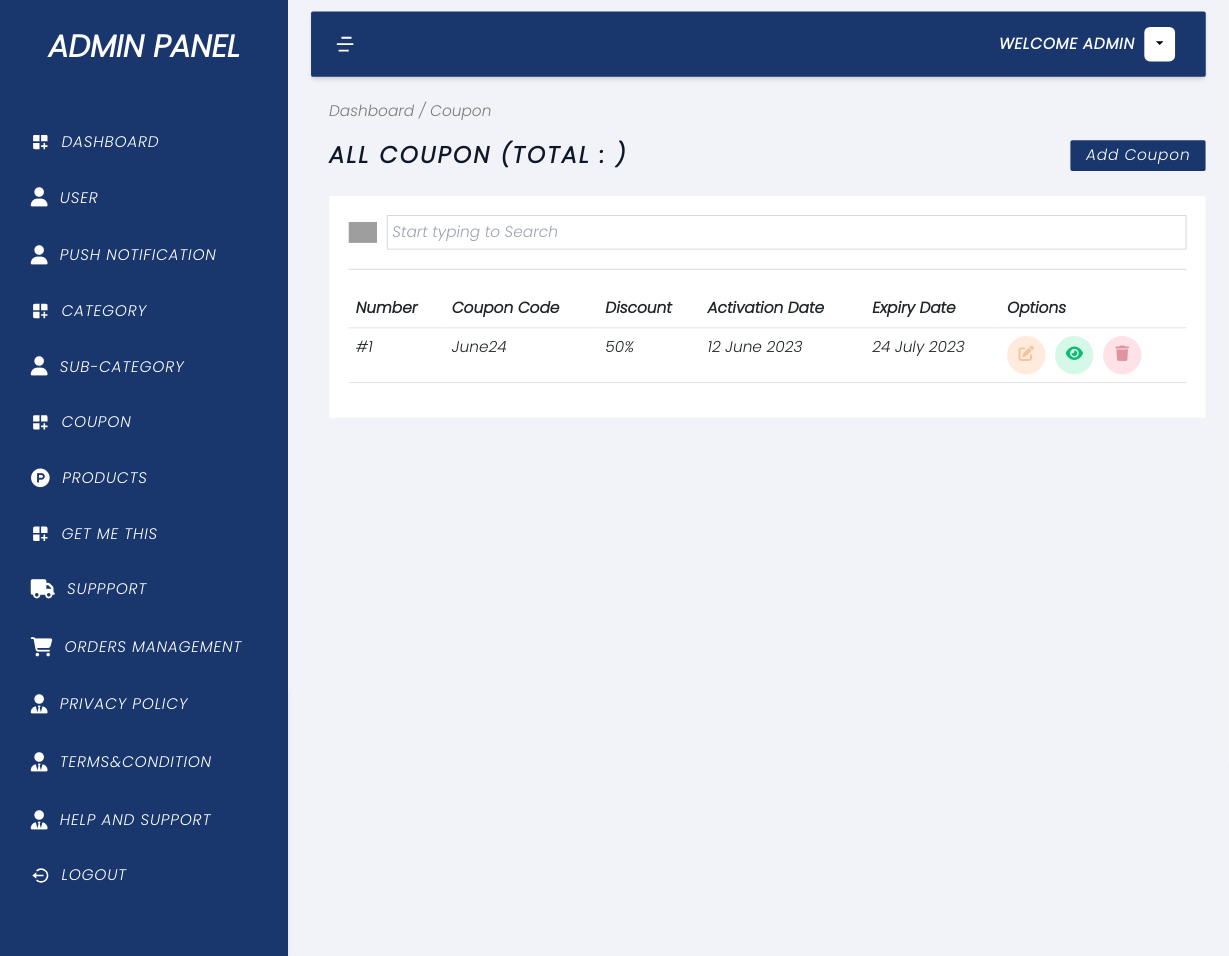
Repository: arpanmalik/project-khanna
Page: /coupon
The author's editor kept a copy of each file at every save. The page is drawn from the files as they stood at one save, then again after a run of saves.
The browser window is 1280 px wide. The pictures show the whole page, at 96% of full size.
Pictures or frames that could not be fetched are drawn as grey boxes. Some web libraries are served in a nearby version. The project was rebuilt for these pictures with package versions that can differ from the ones it lists, and the page was loaded fresh each time. Also part of the build but not shown: src/E-CommerceAdmin/forms/Login.jsx, src/E-CommerceAdmin/pages/Dashboard.jsx, src/E-CommerceAdmin/pages/ECategory.js, src/E-CommerceAdmin/pages/EProduct.js, src/E-CommerceAdmin/pages/EVendorList.js, src/E-CommerceAdmin/pages/EAdminOrders.js, src/E-CommerceAdmin/pages/EAdminProduct.js, src/E-CommerceAdmin/pages/EAdminDelivery.js and 11 more. Imported but missing from the stored project, and not drawn on this page: src/E-CommerceAdmin/pages/Component/SpinnerComp, src/E-CommerceVendor/forms/EVendorLogin, src/E-CommerceVendor/pages/EVCategory, src/E-CommerceVendor/pages/EVCoupon, src/E-CommerceVendor/pages/EVDashboard, src/E-CommerceVendor/pages/EVOrders, src/E-CommerceVendor/pages/EVProduct, src/E-CommerceVendor/pages/EVSubCategory.

Above is the page before, as saved 2023-05-16 15:59:38.

### public/index.html
<!-- @format -->

<!DOCTYPE html>
<html lang="en">
  <head>
    <meta charset="utf-8" />
    <meta name="viewport" content="width=device-width, initial-scale=1" />
    <meta name="theme-color" content="#000000" />
    <meta
      name="description"
      content="Web site created using create-react-app"
    />
    <link rel="manifest" href="%PUBLIC_URL%/manifest.json" />
    <link rel="preconnect" href="https://fonts.googleapis.com">
<link rel="preconnect" href="https://fonts.gstatic.com" crossorigin>
<link href="https://fonts.googleapis.com/css2?family=Roboto+Mono:ital,wght@1,300&display=swap" rel="stylesheet">
    <title>Admin Panel</title>
  </head>
  <body>
    <noscript>You need to enable JavaScript to run this app.</noscript>
    <div id="root"></div>
    <script src="https://code.jquery.com/jquery-3.6.0.min.js"></script>
    <script src="https://kit.fontawesome.com/b533b351e4.js" crossorigin="anonymous"></script>
  </body>
</html>

### src/E-CommerceAdmin/pages/Coupon.js
/** @format */
import React  from "react";
import { Button, Form, Modal, Table } from "react-bootstrap";
import HOC from "../layout/HOC";

const Coupon = () => {
  const [modalShow, setModalShow] = React.useState(false);





  function MyVerticallyCenteredModal(props) {

    return (
      <Modal
        {...props}
        size="lg"
        aria-labelledby="contained-modal-title-vcenter"
        centered
      >
        <Modal.Header closeButton>
          <Modal.Title id="contained-modal-title-vcenter">
            {" "}
            Add Coupon Code
          </Modal.Title>
        </Modal.Header>
        <Modal.Body>
          <Form >
            <Form.Group className="mb-3">
              <Form.Label>Coupon Length</Form.Label>
              <Form.Control
                type="number"
                min={0}
                required
              />
            </Form.Group>

            <Form.Group className="mb-3">
              <Form.Label>Discount Start</Form.Label>
              <Form.Control
                type="number"
                min={0}
                required
              />
            </Form.Group>

            <Form.Group className="mb-3">
              <Form.Label>Discount End</Form.Label>
              <Form.Control
                type="number"
                min={0}
                required
              />
            </Form.Group>

            <Form.Group className="mb-3">
              <Form.Label>Available Start</Form.Label>
              <Form.Control
                type="number"
                min={0}
                required
              />
            </Form.Group>
            <Form.Group className="mb-3">
              <Form.Label>Available End</Form.Label>
              <Form.Control
                type="number"
                min={0}
                required
              />
            </Form.Group>

            <Button
              style={{ backgroundColor: "#19376d", borderRadius: "0" }}
              type="submit"
            >
              Submit
            </Button>
          </Form>
        </Modal.Body>
      </Modal>
    );
  }

  const data =[
    {
      code : "June24" ,
      discount : "50%" ,
      ADate : "12 June 2023" ,
      EDate : "24 July 2023"
    }
  ]


  return (
    <>
      <MyVerticallyCenteredModal
        show={modalShow}
        onHide={() => setModalShow(false)}
      />

      <p className="headP">Dashboard / Coupon</p>

      <div
        className="pb-4 sticky top-0  w-full flex justify-between items-center"
        style={{ width: "98%", marginLeft: "2%" }}
      >
        <span
          className="tracking-widest text-slate-900 font-semibold uppercase "
          style={{ fontSize: "1.5rem" }}
        >
          All Coupon (Total : )
        </span>
        <button
          onClick={() => {
            setModalShow(true);
          }}
          className="md:py-2 px-3 md:px-4 py-1 rounded-sm  bg-[#19376d] text-white tracking-wider"
        >
          Add Coupon
        </button>
      </div>
      <section className="sectionCont">
        <div className="filterBox">
          <img
            src="https://t4.ftcdn.net/jpg/01/41/97/61/360_F_141976137_kQrdYIvfn3e0RT1EWbZOmQciOKLMgCwG.jpg"
            alt=""
          />
          <input
            type="search"
            placeholder="Start typing to Search"
          />
        </div>

        <div className="overFlowCont">
          <Table>
            <thead>
              <tr>
                <th>Number</th>
                <th>Coupon Code</th>
                <th>Discount</th>
                <th>Activation Date</th>
                <th>Expiry Date</th>
                <th>Options</th>
              </tr>
            </thead>
            <tbody>
              {data.map((i , index) => (
                <tr key={index}>
                  <td> #{index + 1} </td>
                  <td> {i.code} </td>
                  <td> {i.discount} </td>
                  <td> {i.ADate} </td>
                  <td> {i.EDate} </td>
                  <td>
                  <span className="flexCont">
                          <i
                            className="fa-solid fa-pen-to-square"
                            onClick={() => {
                              setBigId(i._id)
                              setEdit(true);
                              setModalShow(true);
                            }}
                          ></i>
                          <i
                            className="fa-solid fa-eye"
                            onClick={() => {
                              setId(i._id);
                              setModalShow2(true);
                            }}
                          ></i>
                          <i
                            className="fa-sharp fa-solid fa-trash"
                            onClick={() => deleteHandler(i._id)}
                          ></i>
                        </span>
                  </td>
                </tr>
              ))}
            </tbody>
          </Table>
        </div>
      </section>
    </>
  );
};

export default HOC(Coupon);

### src/E-CommerceAdmin/layout/HOC.jsx
/** @format */

import React, { useState } from "react";
import Navbar from "./Navbar";
import Sidebar from "./Sidebar";

const HOC = (Wcomponenet) => {
  return function Component() {
    const [hamb, setHamb] = useState(false);
    return (
      <>
        <section
          className="flex overflow-x-hidden relative "
          style={{ backgroundColor: "#f2f3f8" }}
        >
          {/* Sidebar */}
          <div
            className={
              hamb
                ? " absolute top-0 z-30 md:w-auto shadow-md bg-slate-200  w-60 transition-all md:-left-full left duration-150  h-auto overflow-y-auto  left-0 "
                : " md:w-72 z-30 bg-slate-200  shadow-md  md:static absolute top-0 -left-full   transition-all duration-150  overflow-y-auto h-auto"
            }
            style={{ minWidth: "300px" }}
          >
            <Sidebar hamb={hamb} setHamb={setHamb} />
          </div>
          {/* Components & Navbar */}
          <div
            className={
              hamb
                ? " transition-all px-4 py-2  duration-150 w-full h-screen"
                : " w-full h-screen  px-4 py-2   z-50 transition-all duration-150 "
            }
            style={{ backgroundColor: "#f2f3f8" }}
          >
            <Navbar hamb={hamb} setHamb={setHamb} />
            <div className="my-6 text-#000 h-[87%] wcomp overflow-y-auto">
              {" "}
              <Wcomponenet />
            </div>
          </div>
        </section>
      </>
    );
  };
};

export default HOC;

### src/E-CommerceAdmin/layout/Navbar.jsx
/** @format */
import { RiMenu4Line } from "react-icons/ri";
import Dropdown from "react-bootstrap/Dropdown";
import { UpdateProfile } from "../../Modals";
import { useState } from "react";
import { useNavigate } from "react-router-dom";
import { toast } from "react-toastify";

const Navbar = ({ hamb, setHamb }) => {
  const [modalShow, setModalShow] = useState(false);
  const navigate = useNavigate();

  function LogOut () {
    navigate('/')
    toast.success("Logged Out")
  }

  return (
    <>
      <UpdateProfile show={modalShow} onHide={() => setModalShow(false)} />
      <div
        className={
          hamb
            ? "flex  w-full justify-between  my-1 rounded-sm  p-4 py-3 shadow-md items-center  bg-slate-200 space-x-4"
            : "flex  w-full justify-between my-1 rounded-sm  p-4 py-3 shadow-md items-center  bg-slate-200 space-x-4"
        }
        style={{ backgroundColor: "#19376d" }}
      >
        <RiMenu4Line
          onClick={() => setHamb(!hamb)}
          className="text-2xl font-bold text-gray-900 hover:scale-90 cursor-pointer"
          style={{ color: "#fff" }}
        />

        <section className="flex sm:ml-auto justify-end sm:w-full items-center space-x-2  pr-2">
          <figcaption
            className="tracking-wider pl-1 font-semibold d-flex"
            style={{ gap: "10px", alignItems: "center" }}
          >
            <div
              className="lg:text-base text-sm text-gray-900  uppercase"
              style={{ color: "#fff" }}
            >
              Welcome Admin
            </div>
            <Dropdown>
              <Dropdown.Toggle id="dropdown-basic"></Dropdown.Toggle>

              <Dropdown.Menu>
                <Dropdown.Item onClick={() => setModalShow(true)}>
                  Update Profile <i className="fa-solid fa-user"></i>{" "}
                </Dropdown.Item>
                <Dropdown.Item onClick={() => LogOut()} >
                  Logout <i className="fa-solid fa-right-from-bracket"></i>{" "}
                </Dropdown.Item>
              </Dropdown.Menu>
            </Dropdown>
          </figcaption>
        </section>
      </div>
    </>
  );
};

export default Navbar;

### src/E-CommerceAdmin/layout/Sidebar.jsx
/** @format */

import React from "react";
import { RiCloseLine } from "react-icons/ri";
import { Link, useNavigate } from "react-router-dom";
import { BiLogOutCircle } from "react-icons/bi";
import { MdDashboardCustomize } from "react-icons/md";

const Sidebar = ({ hamb, setHamb }) => {
  const navigate = useNavigate();

  const nav = [
    {
      icon: <MdDashboardCustomize className="text-xl mr-3 rounded-full " />,
      link: "/dashboard ",
      name: "Dashboard",
    },
    {
      icon: <i className="fa-solid fa-user text-xl mr-3 rounded-full"></i>,
      link: "/Admin",
      name: "User",
    },
    {
      icon: <i className="fa-solid fa-user text-xl mr-3 rounded-full"></i>,
      link: "/pushNotification",
      name: "Push Notification",
    },  {
      icon: <MdDashboardCustomize className="text-xl mr-3 rounded-full " />,
      link: "/Category",
      name: "Category",
    },

    {
      icon: <i className="fa-solid fa-user text-xl mr-3 rounded-full"></i>,
      link: "/sub-category",
      name: "Sub-Category",
    },

    {
      icon: <MdDashboardCustomize className="text-xl mr-3 rounded-full " />,
      link: "/coupon",
      name: "Coupon",
    },
    {
      icon: (
        <i className="fa-brands fa-product-hunt text-xl mr-3 rounded-full"></i>
      ),
      link: "/Product",
      name: "Products",
    },






    {
      icon: <MdDashboardCustomize className="text-xl mr-3 rounded-full " />,
      link: "/getMeThis",
      name: "Get Me This",
    },
    {
      icon: <i className="fa-solid fa-truck  text-xl mr-3 rounded-full"></i>,
      link: "/Support",
      name: "Suppport",
    },
    {
      icon: (
        <i className="fa-solid fa-cart-shopping text-xl mr-3 rounded-full"></i>
      ),
      link: "/Orders",
      name: "Orders Management",
    },

    {
      icon: <i className="fa-solid fa-user-tie text-xl mr-3 rounded-full"></i>,
      link: "/privacy",
      name: "Privacy Policy",
    },
    {
      icon: <i className="fa-solid fa-user-tie text-xl mr-3 rounded-full"></i>,
      link: "/terms",
      name: "Terms&Condition",
    },
    // {
    //   icon: <i className="fa-solid fa-user-tie text-xl mr-3 rounded-full"></i>,
    //   link: "/helpSupport",
    //   name: "Help and Support",
    // },
    {
      icon: <i className="fa-solid fa-user-tie text-xl mr-3 rounded-full"></i>,
      link: "/complaints",
      name: "Help and Support",
    },
  ];

  const logOut = () => {
    localStorage.clear()
    navigate("/");
  };

  return (
    <>
      <aside
        className="p-4 h-auto"
        style={{ backgroundColor: "#19376d", minHeight: "100vh" }}
      >
        {/* Top */}
        <div className="w-full md:hidden relative  p-2 mb-4">
          <RiCloseLine
            onClick={() => setHamb(!hamb)}
            className="text-3xl  absolute top-2 sm:hover:rotate-[228deg] transition-transform font-bold right-2 sm:hover:text-[22px] text-[rgb(241,146,46)] cursor-pointer"
          />
        </div>{" "}
        <figure className="flex  flex-col items-center">
          <span
            className="font-bold text-[#fff]"
            style={{
              fontSize: "2rem",
              textAlign: "center",
              textTransform: "uppercase",
            }}
          >
            {" "}
            ADMIN PANEL
          </span>
        </figure>
        <nav className="py-6">
          {nav.map((nav) => {
            return (
              <Link
                to={nav.link}
                key={nav.name}
                className=""
                style={{ textDecoration: "none", textTransform: "uppercase" }}
              >
                <span
                  className="flex my-3 items-center cursor-pointer text-gray-900    tracking-wider p-2 rounded-sm"
                  style={{ color: "#FFF" }}
                >
                  {nav.icon} {nav.name}
                </span>
              </Link>
            );
          })}
          <span
            className="flex my-3 items-center cursor-pointer text-gray-900    tracking-wider p-2 rounded-sm"
            onClick={() => logOut()}
            style={{ color: "#FFF", textTransform: "uppercase" }}
          >
            <BiLogOutCircle className="text-xl mr-3 rounded-full " /> LogOut
          </span>
        </nav>
      </aside>
    </>
  );
};

export default Sidebar;

Loaded but not shown: tailwind.config.js (common file); src/App.js (92 lines, source omitted); src/Modals.js (41 lines, source omitted); src/index.js (15 lines, source omitted); src/index.css (504 lines, source omitted)

After the next 2 saves:
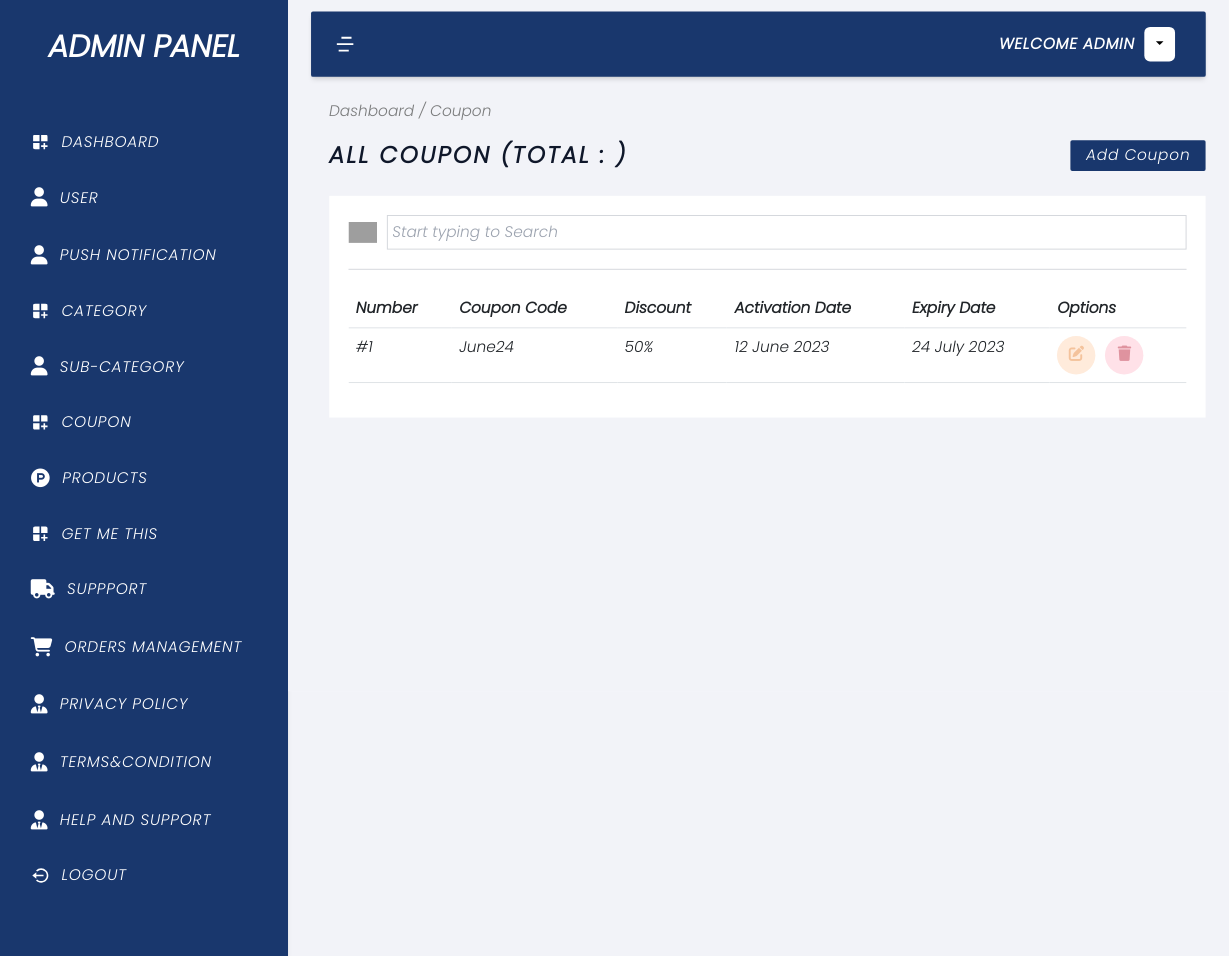
The 2 saves are shown as one change because they came seconds apart.
The last was saved 7 s later.
--- a/src/E-CommerceAdmin/pages/Coupon.js
+++ b/src/E-CommerceAdmin/pages/Coupon.js
@@ -164,15 +164,7 @@ const Coupon = () => {
                             }}
                           ></i>
                           <i
-                            className="fa-solid fa-eye"
-                            onClick={() => {
-                              setId(i._id);
-                              setModalShow2(true);
-                            }}
-                          ></i>
-                          <i
                             className="fa-sharp fa-solid fa-trash"
-                            onClick={() => deleteHandler(i._id)}
                           ></i>
                         </span>
                   </td>
